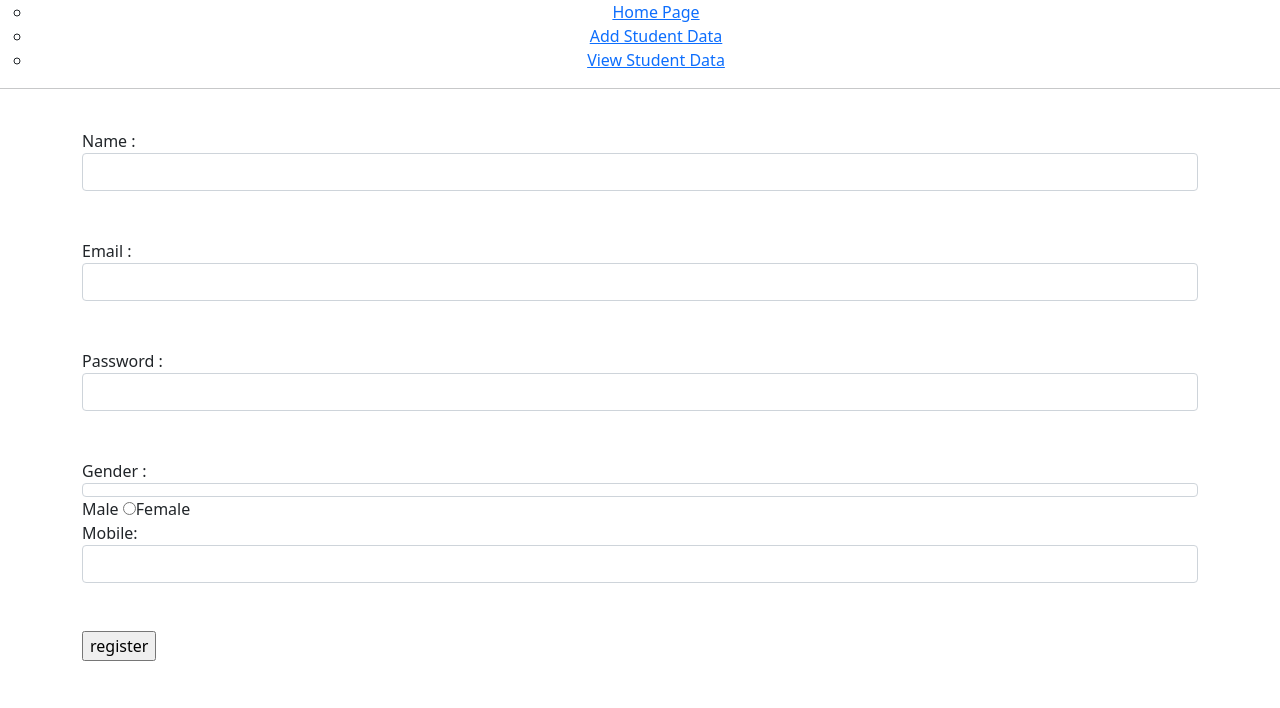
Repository: KrishMoradiya/Aixtor-Training-Projects-Backup
Page: http://localhost/CRUD_Student/Register.jsp
The author's editor kept a copy of each file at every save. The page is drawn from the files as they stood at one save, then again after the next save.
The browser window is 1280 px wide. The pictures show the whole page.
The page is served by Tomcat 10. Nobody is signed in. The application's start-up code is not run. Other server files are loaded and not shown.

Above is the page before, as saved 2023-12-23 06:43:47.

### Workspace - Eclipse Enterprise Edition/CRUD_Student/src/main/webapp/Register.jsp
<%@ page language="java" contentType="text/html; charset=UTF-8"
    pageEncoding="UTF-8"%>
<!DOCTYPE html PUBLIC "-//W3C//DTD HTML 4.01 Transitional//EN" "http://www.w3.org/TR/html4/loose.dtd">
<html>
<head>
<meta http-equiv="Content-Type" content="text/html; charset=UTF-8">
<title>Register here</title>
<script type="text/javascript" src="FormValidation.js"></script>
</head>
<body>
	<jsp:include page="header.jsp"></jsp:include>
	<div class="container">
		<form action="Register" name="registerForm" method="Post">
			Name : <input class="form-control" type="text" name="name" /> <br /> <br />
			Email : <input class="form-control" type="email" name="email" /> <br /> <br />
			Password : <input class="form-control" type="password" name="password" /> <br /> <br />
			Gender : <input	type="radio" class="form-control" name="gender" value="Male" />Male <input type="radio" name="gender" value="Female" />Female<br />
			Mobile: <input type="text" class="form-control" name="mobile" /> <br /> <br />
			<input type="submit" value="register" onclick="return registerFormValidation();">
		</form>
	</div>
</body>
</html>

### Workspace - Eclipse Enterprise Edition/CRUD_Student/src/main/webapp/header.jsp
<%@page import="com.Classes.AuthUser"%>
<%@ page language="java" contentType="text/html; charset=UTF-8"
    pageEncoding="UTF-8"%>
<!DOCTYPE html PUBLIC "-//W3C//DTD HTML 4.01 Transitional//EN" "http://www.w3.org/TR/html4/loose.dtd">
<html>
<head>
<meta http-equiv="Content-Type" content="text/html; charset=UTF-8">
<title>Insert title here</title>
<link href="https://cdn.jsdelivr.net/npm/bootstrap@5.0.2/dist/css/bootstrap.min.css" rel="stylesheet" integrity="sha384-EVSTQN3/azprG1Anm3QDgpJLIm9Nao0Yz1ztcQTwFspd3yD65VohhpuuCOmLASjC" crossorigin="anonymous">
</head>
<body>
	<center>
		<ul type="circle">
			<li><a href="index.jsp">Home Page</a></li>
			<li><a href="Register.jsp">Add Student Data</a></li>
			<li><a href="/CRUD_Student/GetStudentData">View Student Data</a></li>

		</ul>
		<hr><br>
	</center>
</body>
</html>

### Workspace - Eclipse Enterprise Edition/CRUD_Student/src/main/webapp/FormValidation.js
function signInValidate(){
	let loginForm = document.loginForm;
	let username = loginForm.email;
	let password = loginForm.password;
	if(username.value == ""){
		alert("Enter Username...");
		username.focus();
		return false
	}
	if(password.value == ""){
		alert("Enter Password...");
		password.focus();
		return false
	}
}

function editFormValidation(){
	let editForm = document.editForm;
	let name = editForm.name;
	let email = editForm.email;
	let password = editForm.password;
	let gender = editForm.gender;
	let mobile = editForm.mobile;
	if(name.value == ""){
		alert("Enter Name...");
		username.focus();
		return false
	}
	if(email.value == ""){
		alert("Enter Email...");
		username.focus();
		return false
	}
	if(mobile.value == ""){
		alert("Enter Mobile Number...");
		username.focus();
		return false
	}
	if(gender.value == ""){
		alert("Enter Gender...");
		username.focus();
		return false
	}
	if(password.value == ""){
		alert("Enter Password...");
		username.focus();
		return false
	}
}

function registerFormValidation(){
	let registerForm = document.registerForm;
	let name = registerForm.name;
	let email = registerForm.email;
	let password = registerForm.password;
	let gender = registerForm.gender;
	let mobile = registerForm.mobile;
	if(name.value == ""){
		alert("Enter Name...");
		username.focus();
		return false
	}
	if(email.value == ""){
		alert("Enter Email...");
		username.focus();
		return false
	}
	if(mobile.value == ""){
		alert("Enter Mobile Number...");
		username.focus();
		return false
	}
	if(gender.value == ""){
		alert("Enter Gender...");
		username.focus();
		return false
	}
	if(password.value == ""){
		alert("Enter Password...");
		username.focus();
		return false
	}
}

After the next save:
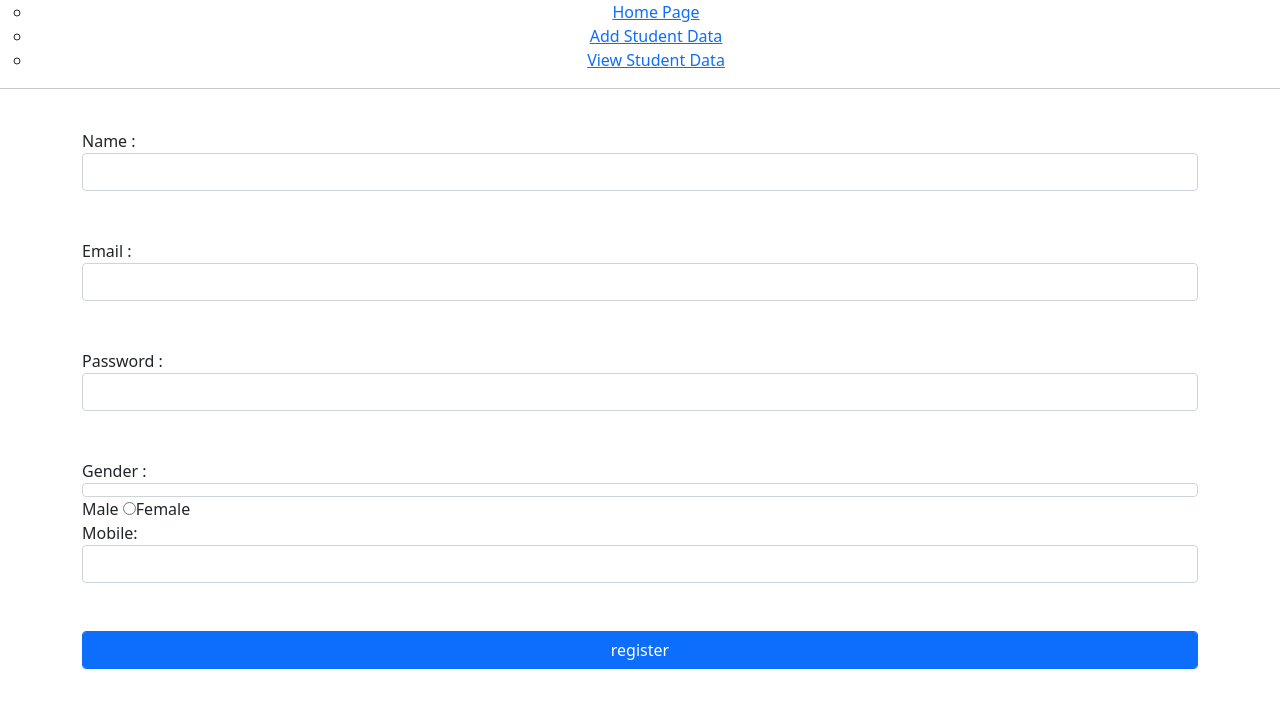
Saved 13 s later.
--- a/Workspace - Eclipse Enterprise Edition/CRUD_Student/src/main/webapp/Register.jsp
+++ b/Workspace - Eclipse Enterprise Edition/CRUD_Student/src/main/webapp/Register.jsp
@@ -16,7 +16,7 @@
 			Password : <input class="form-control" type="password" name="password" /> <br /> <br />
 			Gender : <input	type="radio" class="form-control" name="gender" value="Male" />Male <input type="radio" name="gender" value="Female" />Female<br />
 			Mobile: <input type="text" class="form-control" name="mobile" /> <br /> <br />
-			<input type="submit" value="register" onclick="return registerFormValidation();">
+			<input type="submit" class="form-control btn btn-primary" value="register" onclick="return registerFormValidation();">
 		</form>
 	</div>
 </body>
